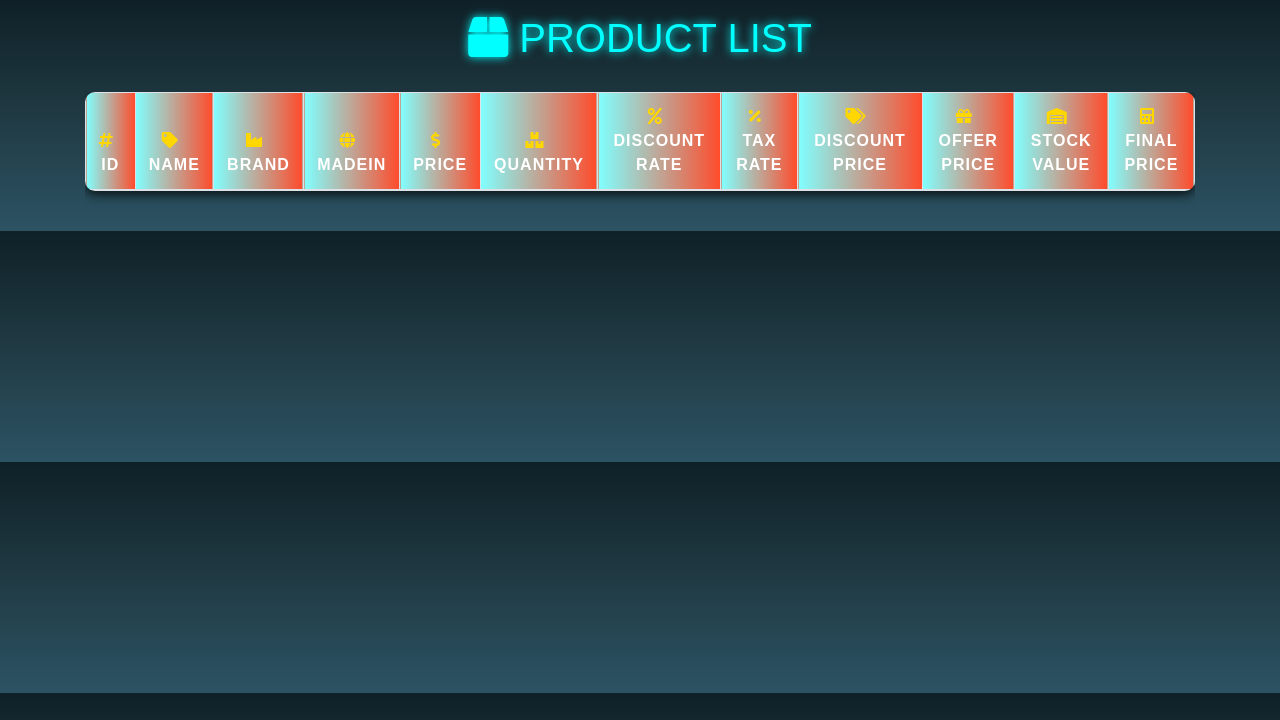
Repository: Ravi-kishor-09/Ravi-projects
Page: http://localhost/product-list
The author's editor kept a copy of each file at every save. The page is drawn from the files as they stood at one save, then again after the next save.
The browser window is 1280 px wide. The pictures show the whole page.
The page is this project's Thymeleaf template; nobody is signed in. The template is opened directly, without the code that normally fills it, so the values that code supplies are empty.

Above is the page before, as saved 2024-12-20 14:21:26.

After the next save:
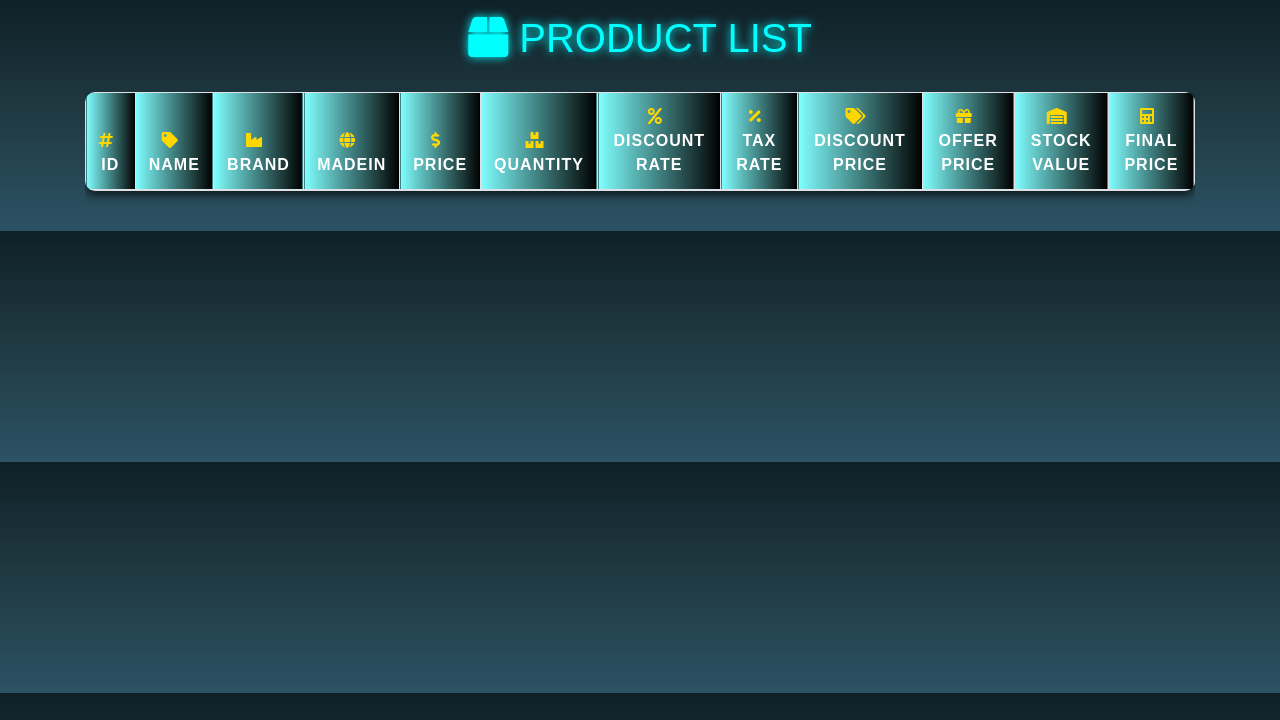
Saved 23 s later.
--- a/spring1/src/main/resources/templates/product-list.html
+++ b/spring1/src/main/resources/templates/product-list.html
@@ -34,7 +34,7 @@
             box-shadow: 0 4px 10px rgba(0, 0, 0, 0.7);
         }
         thead th {
-            background: linear-gradient(90deg, rgb(128, 255, 255), #ff4b2b);
+            background: linear-gradient(90deg, rgb(128, 255, 255), rgb(0, 0, 0));
             color: white;
             font-weight: bold;
             text-transform: uppercase;
